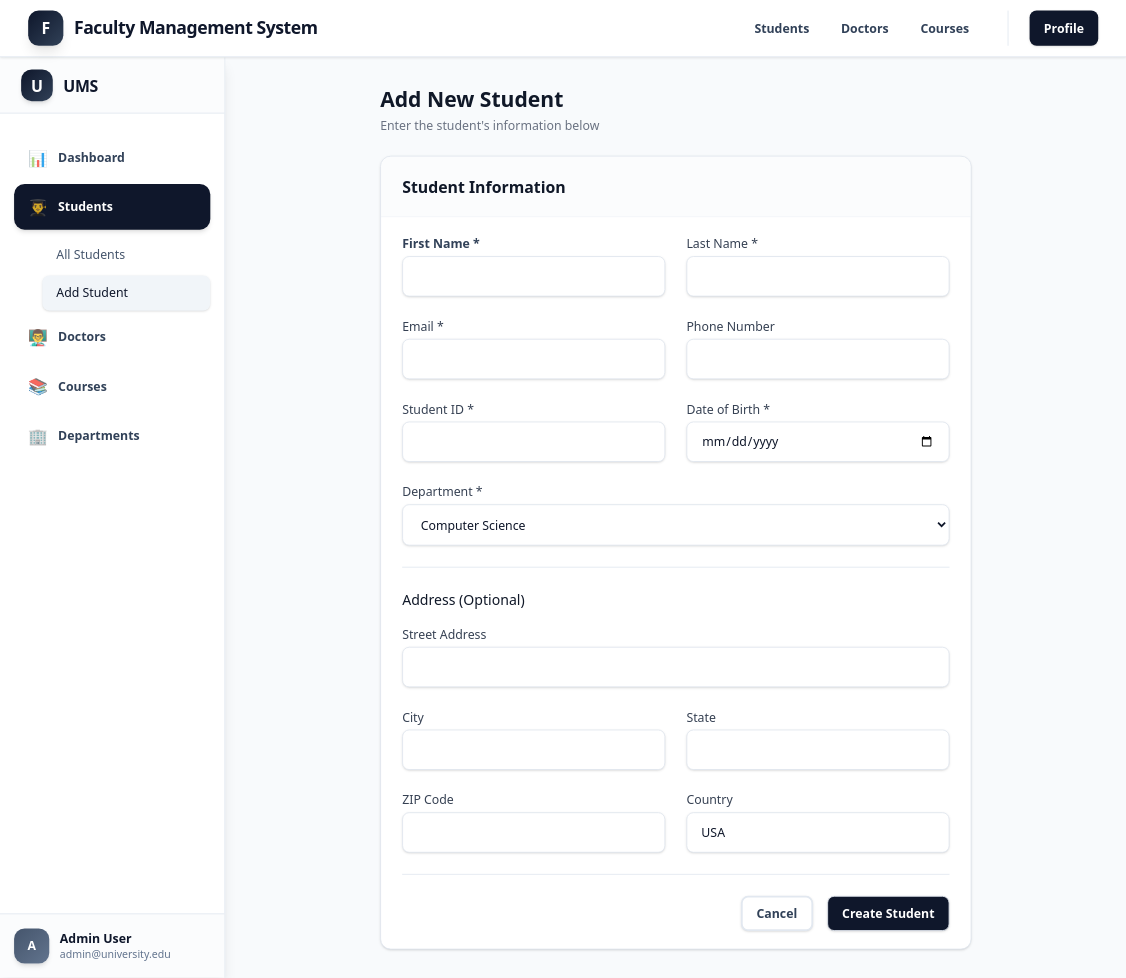
Repository: Mohamedmohsen179/Advanced-DB-Task
Page: /students/new (app in frontend/)
An editor plug-in stored every save of this project. The page is shown before and after the next save, followed by the edit.
The browser window is 1280 px wide. The pictures show the whole page, at 88% of full size.
The page's requests for data from a server got no answer. The project was rebuilt for these pictures with package versions that can differ from the ones it lists, and the page was loaded fresh each time. The framework's server and built-in components were replaced by stand-ins that run in the browser. No one was signed in, and anything a server would have sent is missing. Also part of the build but not shown: frontend/next.config.ts.

Above is the page before, as saved 2025-11-28 19:24:29.

After the next save:
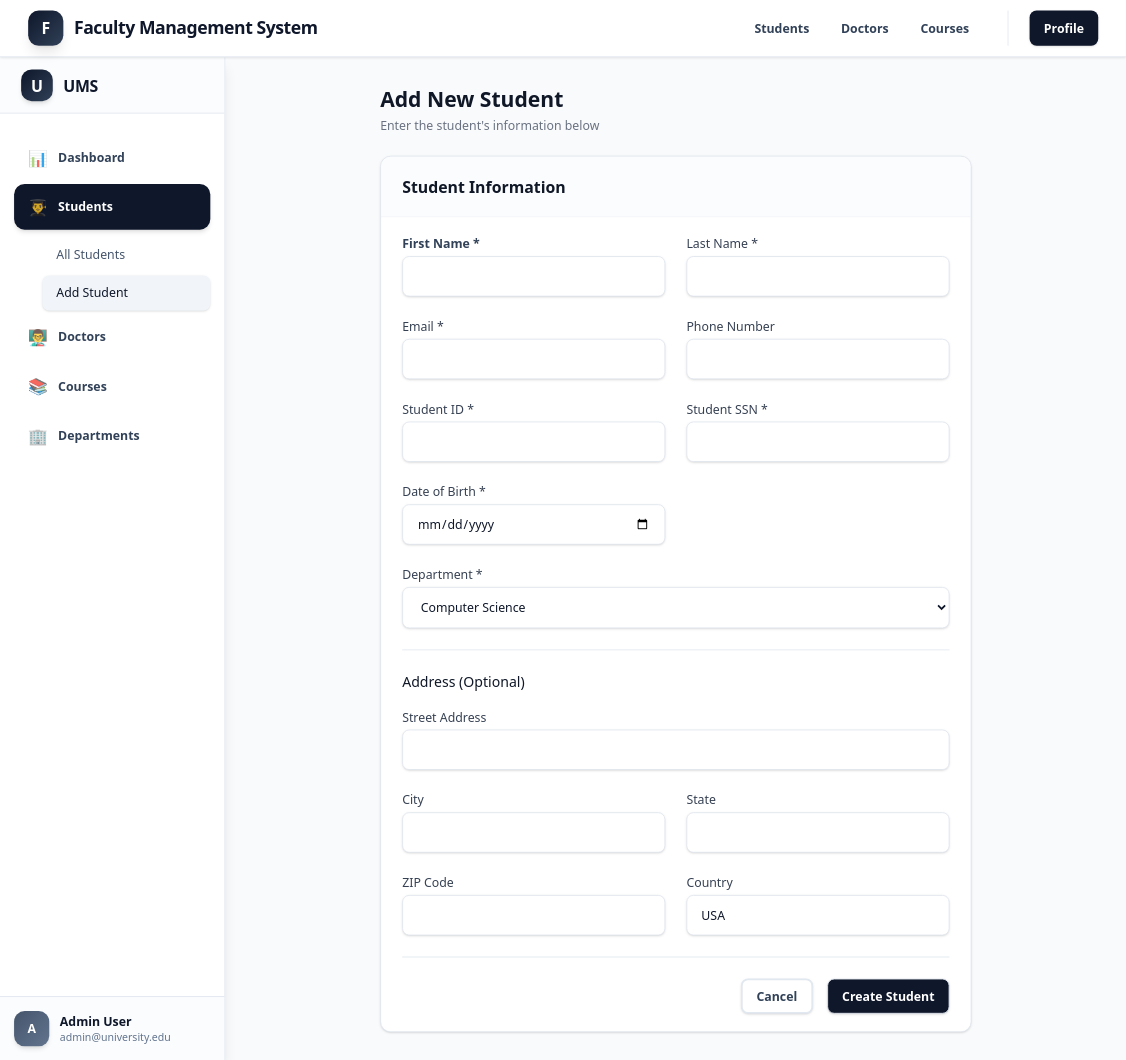
Saved 2 min 47 s later.
--- a/frontend/app/students/new/page.tsx
+++ b/frontend/app/students/new/page.tsx
@@ -178,6 +178,22 @@ export default function NewStudentPage() {
                 />
               </div>
 
+
+              <div>
+                <label htmlFor="studentId" className="block text-sm font-medium text-gray-700">
+                  Student SSN *
+                </label>
+                <input
+                  type="text"
+                  id="studentId"
+                  name="studentId"
+                  required
+                  value={formData.studentId}
+                  onChange={handleInputChange}
+                  className="mt-1 block w-full border border-slate-300 rounded-lg px-4 py-3 text-sm focus:outline-none focus:ring-2 focus:ring-slate-500 focus:border-slate-500 transition-all duration-200 bg-white shadow-sm"
+                />
+              </div>
+
               <div>
                 <label htmlFor="dateOfBirth" className="block text-sm font-medium text-gray-700">
                   Date of Birth *
